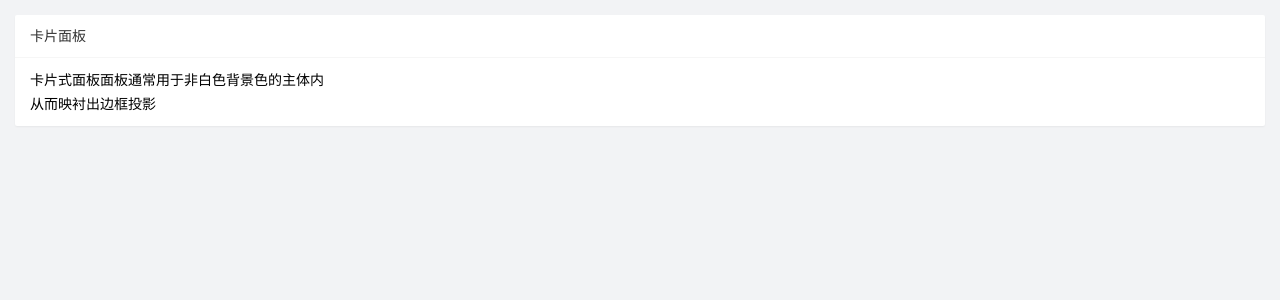
Repository: keyboying1/web_bigevent
Page: article/art_cate.html
An editor plug-in stored every save of this project. The page is shown before and after the next save, followed by the edit.
The browser window is 1280 px wide. The pictures show the whole page.

Above is the page before, as saved 2022-11-21 14:21:29.

### article/art_cate.html
<!DOCTYPE html>
<html lang="en">
<head>
    <meta charset="UTF-8">
    <meta http-equiv="X-UA-Compatible" content="IE=edge">
    <meta name="viewport" content="width=device-width, initial-scale=1.0">
    <title>Document</title>
    <link rel="stylesheet" href="/assets/lib/layui/css/layui.css">
    <link rel="stylesheet" href="/assets/css/article/art_cate.css">
</head>
<body>
    <!-- 卡片区域 -->
    <div class="layui-card">
        <div class="layui-card-header">卡片面板</div>
        <div class="layui-card-body">
          卡片式面板面板通常用于非白色背景色的主体内<br>
          从而映衬出边框投影
        </div>
     </div>
</body>
</html>

### assets/css/article/art_cate.css
html,
body {
  margin: 0;
  padding: 0;
}
body {
    padding: 15px;
    background-color: #f2f3f5;
  }

Loaded but not shown: assets/lib/layui/css/layui.css (library)

After the next save:
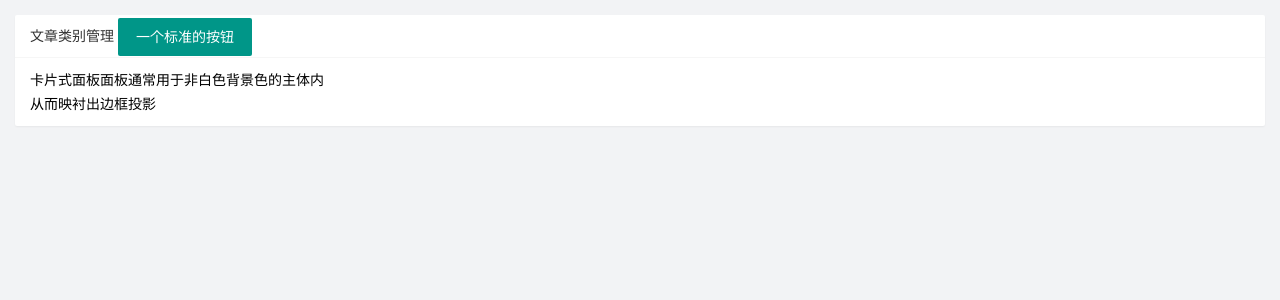
Saved 5 min 6 s later.
--- a/article/art_cate.html
+++ b/article/art_cate.html
@@ -11,7 +11,10 @@
 <body>
     <!-- 卡片区域 -->
     <div class="layui-card">
-        <div class="layui-card-header">卡片面板</div>
+        <div class="layui-card-header">
+            <span>文章类别管理</span>
+            <button type="button" class="layui-btn">一个标准的按钮</button>
+        </div>
         <div class="layui-card-body">
           卡片式面板面板通常用于非白色背景色的主体内<br>
           从而映衬出边框投影
